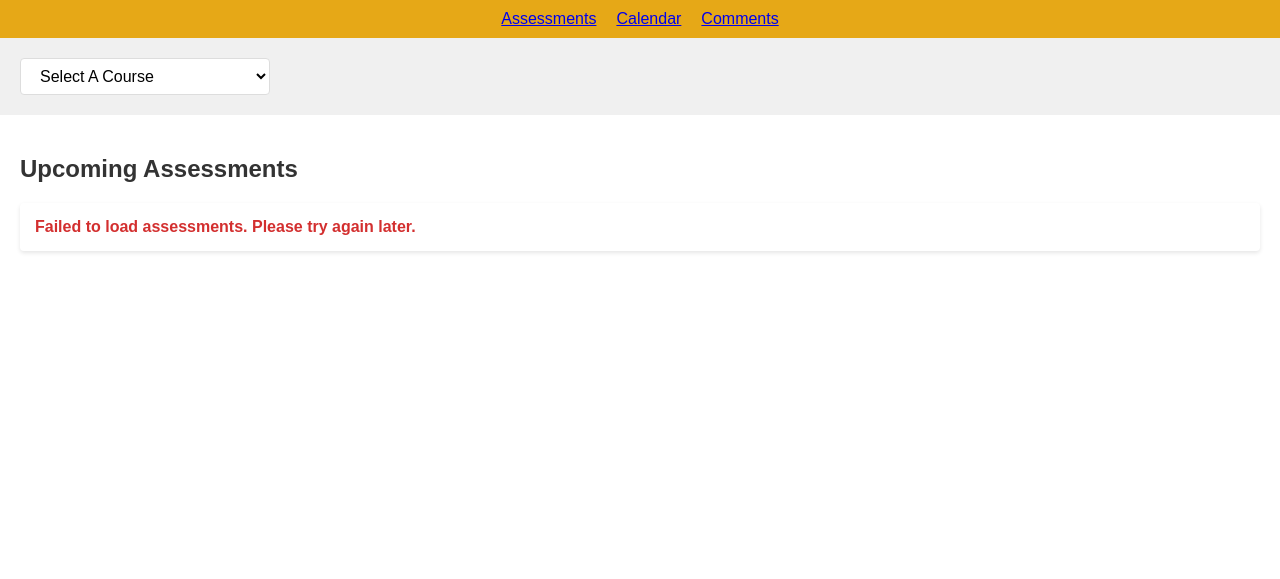
Repository: zunairahamid/Mizan-App
Page: cmps350group7-main/mizan_app/get_assessments/coordinator-get-assessments/index.html
The author's editor kept a copy of each file at every save. The page is drawn from the files as they stood at one save, then again after the next save.
The browser window is 1280 px wide. The pictures show the whole page.
The page's requests for data from a server got no answer.

Above is the page before, as saved 2025-04-14 01:37:38.

### cmps350group7-main/mizan_app/get_assessments/coordinator-get-assessments/index.html
<!DOCTYPE html>
<html lang="en">
    <head>
        <meta charset="UTF-8">
        <meta name="viewport" content="width=device-width, initial-scale=1.0">
        <title>Dashboard - Mizan</title>
        <link rel="stylesheet" href="styles.css">
    </head>
    <body>
        <div class="dashboard">
            <nav>
                    <a href="../../get_assessments/coordinator-get-assessments/index.html">Assessments</a>
                    <a href="../../student_calendar/student_calendar.html">Calendar</a>
                    <a href="../../get_course_comments/index.html">Comments</a>
            </nav>
        </div>
        <div class="main-content">
            <div class="dropdown">
                <select id="courses">
                    <option value="">Select A Course</option>
                </select>
            </div>
            <div class="content">
                <h2>Upcoming Assessments</h2>
                <ul id="upcoming-assessments"></ul>
            </div>
        </div>
        </div>
        <script src="script.js"></script>
    </body>
</html>

### cmps350group7-main/mizan_app/get_assessments/coordinator-get-assessments/styles.css
:root {
    --primary-color: #004225;
    --secondary-color: #e6a817;
    --background-light: #f9f9f9;
    --background-dark: #121212;
    --text-light: #ffffff;
    --text-dark: #333333;
    --link-color: #ff8c00;

}

body {
    font-family: Arial, Helvetica, sans-serif;
    margin: 0;
    padding: 0;
    color: var(--text-dark);
}

.dashboard {
    background: var(--secondary-color);
    padding: 10px 20px;
    box-shadow: 0 2px 5px rgba(0, 0, 0, 0.1);

}

nav {
    display: flex;
    justify-content: center;
    gap: 20px;
}

.nav-bar a:hover {
    color: var(--primary-color);
}

.main-content {
    flex: 1;
    display: flex;
    flex-direction: column;
}

.content {
    padding: 20px;
}

.dropdown {
    padding: 20px;
    background: #f0f0f0;
}

.dropdown select {
    padding: 8px 15px;
    border: 1px solid #ddd;
    border-radius: 4px;
    background: white;
    font-size: 16px;
    cursor: pointer;
    width: 250px;
}

#upcoming-assessments {
    list-style: none;
    padding: 0;
    margin: 0;
}

#upcoming-assessments li {
    background: white;
    margin: 10px 0;
    padding: 15px;
    border-radius: 4px;
    box-shadow: 0 2px 4px rgba(0,0,0,0.1);
}

.assessment-header {
    display: flex;
    justify-content: space-between;
    align-items: center;
    margin-bottom: 10px;
    border-bottom: 1px solid #eee;
    padding-bottom: 10px;
}

.assessment-header h3 {
    margin: 0;
    color: var(--primary-color);
}

.course-code {
    background: var(--secondary-color);
    color: white;
    padding: 3px 8px;
    border-radius: 3px;
    font-size: 14px;
}

.assessment-details {
    display: grid;
    grid-template-columns: repeat(auto-fill, minmax(200px, 1fr));
    gap: 10px;
}

.assessment-details span {
    font-size: 14px;
}

.error {
    color: #d32f2f;
    font-weight: bold;
    padding: 10px;
    background-color: #ffebee;
    border-radius: 4px;
}

### cmps350group7-main/mizan_app/get_assessments/coordinator-get-assessments/script.js
document.addEventListener("DOMContentLoaded", async function() {
    try {
        const response = await fetch("/api/assessment" );

        if (!response.ok) {
            throw new Error(`Failed to fetch data: ${response.status}`);
        }

        const assessments = await response.json();

        if (!Array.isArray(assessments)) {
            throw new Error("Invalid data format: expected array");
        }

        // Populate course dropdown
        populateCourseDropdown(assessments);

        // Display all assessments initially
        displayAssessments(assessments);

        // Add event listener for course filter
        document.getElementById("courses").addEventListener("change", function() {
            const selectedCourse = this.value;
            if (selectedCourse) {
                const filtered = assessments.filter(a => a.coursecode === selectedCourse);
                displayAssessments(filtered);
            } else {
                displayAssessments(assessments);
            }
        });

    } catch (error) {
        console.error("Error:", error);
        displayErrorMessage("Failed to load assessments. Please try again later.");
    }
});

function populateCourseDropdown(assessments) {
    const courseSelect = document.getElementById("courses");
    const courses = new Set();

    assessments.forEach(assessment => {
        if (assessment.coursecode) {
            courses.add(assessment.coursecode);
        }
    });

    courses.forEach(course => {
        const option = document.createElement("option");
        option.value = course;
        option.textContent = course;
        courseSelect.appendChild(option);
    });
}

function displayAssessments(assessments) {
    const assessmentsList = document.getElementById("upcoming-assessments");

    if (!assessmentsList) return;

    assessmentsList.innerHTML = "";

    if (assessments.length === 0) {
        assessmentsList.innerHTML = "<li>No assessments found</li>";
        return;
    }

    assessments.forEach(assessment => {
        const li = document.createElement("li");
        li.innerHTML = `
            <div class="assessment-header">
                <h3>${assessment.title}</h3>
                <span class="course-code">${assessment.coursecode}</span>
            </div>
            <div class="assessment-details">
                <span><strong>Course:</strong> ${assessment.coursename}</span>
                <span><strong>Due:</strong> ${formatDate(assessment.duedate)}</span>
                <span><strong>Type:</strong> ${assessment.assessmenttype}</span>
                <span><strong>Weight:</strong> ${assessment.weight}</span>
                <span><strong>Effort:</strong> ${assessment.efforthours} hours</span>
            </div>
        `;
        assessmentsList.appendChild(li);
    });
}

function formatDate(dateString) {
    const [day, month, year] = dateString.split("-");
    return new Date(`${month}/${day}/${year}`).toLocaleDateString('en-US', {
        year: 'numeric',
        month: 'long',
        day: 'numeric'
    });
}

function displayErrorMessage(message) {
    const assessmentsList = document.getElementById("upcoming-assessments");
    if (assessmentsList) {
        assessmentsList.innerHTML = `<li class="error">${message}</li>`;
    }
}

### cmps350group7-main/mizan_app/mizan-data/assessments.json
[
    {
        "title":"Mizan Web App Project",
        "coursecode":"CMPS350",
        "coursename":"Web Application Development",
        "program":"CS",
        "duedate":"06-04-2025",
        "efforthours":"3",
        "weight":"20%",
        "assessmenttype":"Project"

    },
    {
        "title":"CMPS185 Report",
        "coursecode":"CMPS185",
        "coursename":"Introduction To Cybersecurity",
        "program":"CS",
        "duedate":"01-04-2025",
        "efforthours":"0.5",
        "weight":"15%",
        "assessmenttype":"Homework"

    },
    {
        "title":"CMPS380 Quiz 3",
        "coursecode":"CMPS380",
        "coursename":"Fundamentals Of Cybersecurity",
        "program":"CS",
        "duedate":"19-04-2025",
        "efforthours":"4",
        "weight":"5%",
        "assessmenttype":"Quiz"

    }
]

After the next save:
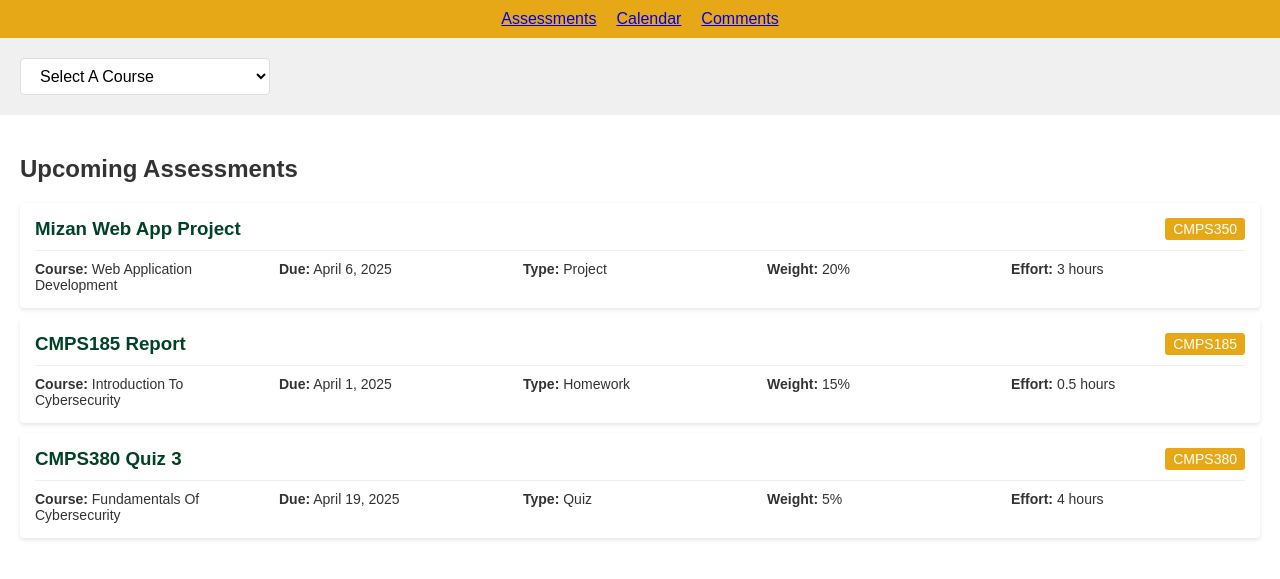
Saved 38 s later.
--- a/cmps350group7-main/mizan_app/get_assessments/coordinator-get-assessments/script.js
+++ b/cmps350group7-main/mizan_app/get_assessments/coordinator-get-assessments/script.js
@@ -1,6 +1,6 @@
 document.addEventListener("DOMContentLoaded", async function() {
     try {
-        const response = await fetch("/api/assessment" );
+        const response = await fetch("../../mizan-data/assessments.json" );
 
         if (!response.ok) {
             throw new Error(`Failed to fetch data: ${response.status}`);
